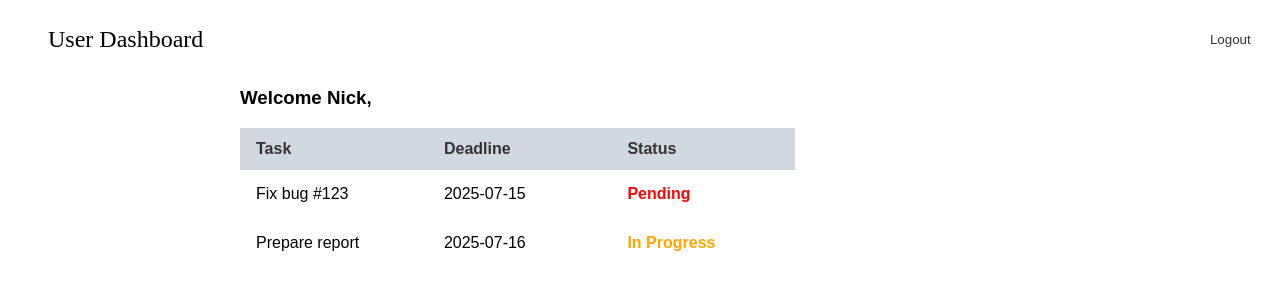
Repository: Edmund-Kiama/todoPHP
Page: /user (app in task-manager-frontend/)
The author's editor kept a copy of each file at every save. The page is drawn from the files as they stood at one save, then again after the next save.
The browser window is 1280 px wide. The pictures show the whole page.
The project was rebuilt for these pictures with package versions that can differ from the ones it lists, and the page was loaded fresh each time. Also part of the build but not shown: task-manager-frontend/vite.config.js, task-manager-frontend/src/components/Login/login.css, task-manager-frontend/src/components/Login/Login.vue, task-manager-frontend/src/components/Admin/admin.css, task-manager-frontend/src/components/Admin/AdminDashboard.vue.

Above is the page before, as saved 2025-07-12 22:08:15.

After the next save:
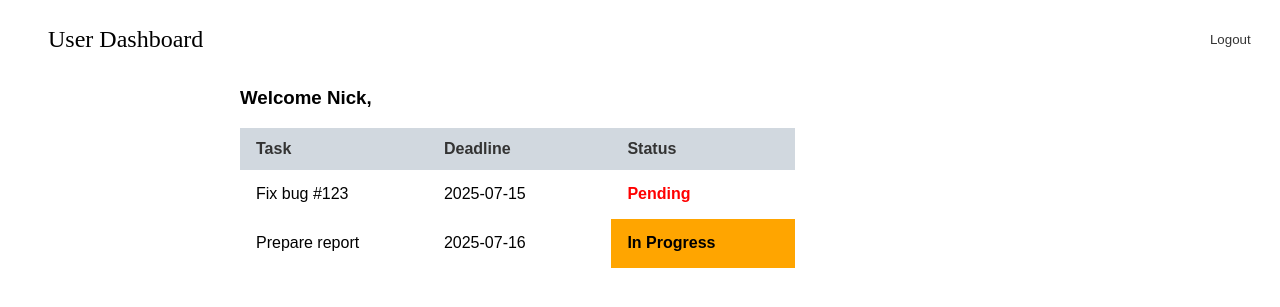
Saved 6 s later.
--- a/task-manager-frontend/src/components/User/user.css
+++ b/task-manager-frontend/src/components/User/user.css
@@ -55,7 +55,7 @@
 }
 
 .user-dashboard .status-inprogress {
-    color: orange;
+    background-color: orange;
     font-weight: bold;
 }
 
